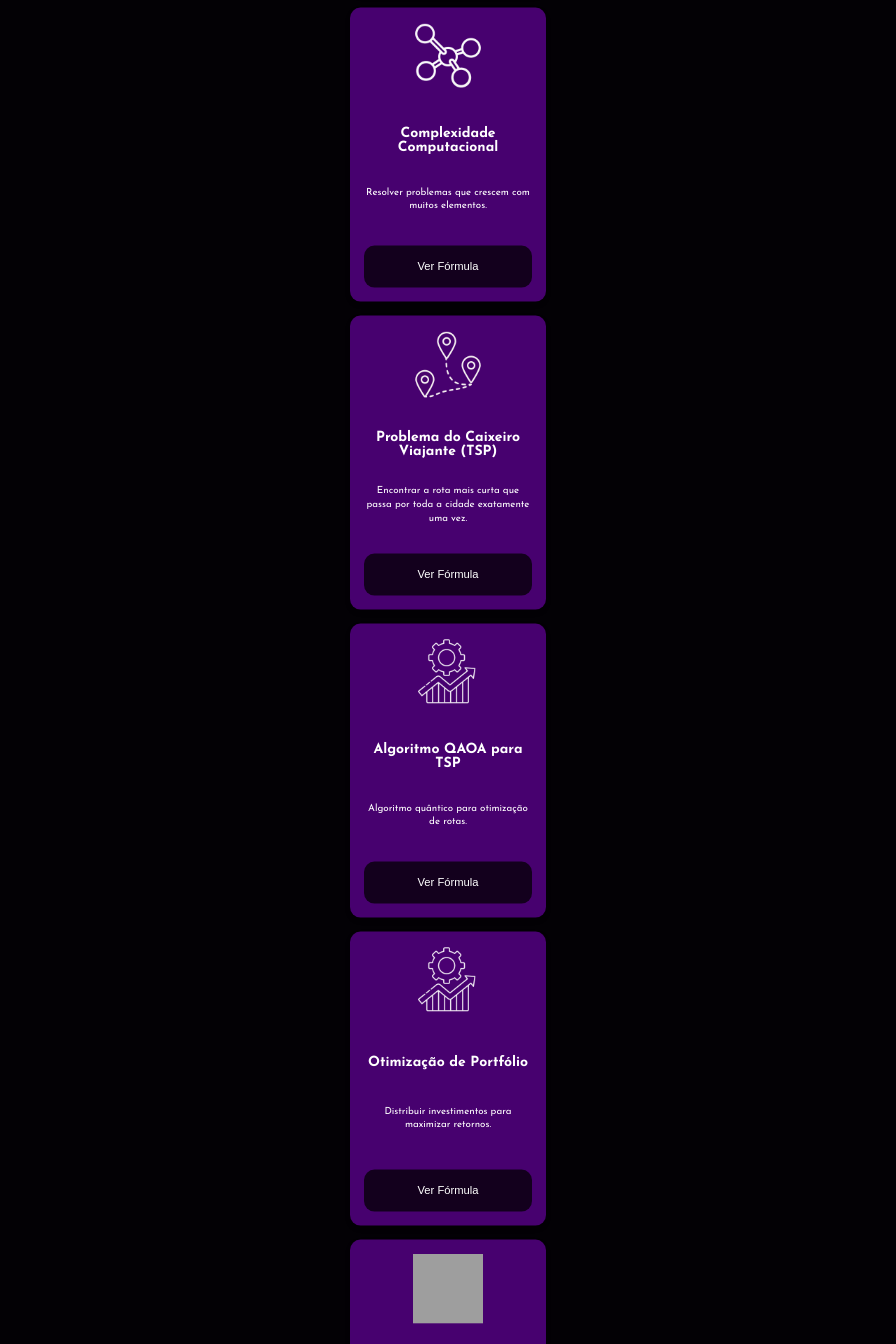
Repository: Everson9/Projeto-de-escalabilidade-quantica-definitivo
Page: fundamentos.html
These files come from the project's save history. The page is drawn as it stood at one moment and after the next save; the edit follows.
The browser window is 1280 px wide. The pictures show the part of the page from y = 1437 to 3357 px (the page is 3648 px tall), at 70% of full size.
Pictures or frames that could not be fetched are drawn as grey boxes.

Above is the page before, as saved 2025-10-01 09:38:13.

### fundamentos.html
<!DOCTYPE html>
<html lang="pt-br">
<head>
    <meta charset="UTF-8">
    <meta name="viewport" content="width=device-width, initial-scale=1.0">
    <title>Carrossel Infinito</title>
    <link rel="stylesheet" href="fundamentos.css">
    <link href="https://fonts.googleapis.com/css2?family=Josefin+Sans:wght@400;700&display=swap" rel="stylesheet">
</head>
<body>

    <div class="fundamentos-matematicos">
        <h1>Fundamentos Matemáticos</h1>
        <p>Fórmulas e conceitos matemáticos por trás da computação quântica e otimização clássica</p>
    </div>

    <!-- Container do Carrossel -->
    <div class="carousel-container">
        <div class="carousel-track">
            <!-- Cards Originais -->
            <div class="formula_1">
                <img src="imgs_icones/CaixeiroViajante.png" alt="Ícone do Problema do Caixeiro Viajante">
                <h4>Problema do Caixeiro Viajante (TSP )</h4>
                <p>Encontrar a rota mais curta que passa por toda a cidade exatamente uma vez.</p>
                <button class="button">Ver Fórmula</button>
            </div>
            <div class="formula_1">
                <img src="imgs_icones/QAOA.png" alt="Ícone do Algoritmo QAOA">
                <h4>Algoritmo QAOA para TSP</h4>
                <p>Algoritmo quântico para otimização de rotas.</p>
                <button class="button">Ver Fórmula</button>
            </div>
            <div class="formula_1">
                <img src="imgs_icones/OtimizacaoPortfolio.png" alt="Ícone de Otimização de Portfólio">
                <h4>Otimização de Portfólio</h4>
                <p>Distribuir investimentos para maximizar retornos.</p>
                <button class="button">Ver Fórmula</button>
            </div>
            <div class="formula_1">
                <img src="imgs_icones/ComplexidadeComputacional.png" alt="Ícone de Complexidade Computacional">
                <h4>Complexidade Computacional</h4>
                <p>Resolver problemas que crescem com muitos elementos.</p>
                <button class="button">Ver Fórmula</button>
            </div>

            <!-- Cards Duplicados para o Efeito Infinito -->
            <div class="formula_1">
                <img src="imgs_icones/CaixeiroViajante.png" alt="Ícone do Problema do Caixeiro Viajante">
                <h4>Problema do Caixeiro Viajante (TSP)</h4>
                <p>Encontrar a rota mais curta que passa por toda a cidade exatamente uma vez.</p>
                <button class="button">Ver Fórmula</button>
            </div>
            <div class="formula_1">
                <img src="imgs_icones/OtimizacaoPortfolio.png" alt="Ícone do Algoritmo QAOA">
                <h4>Algoritmo QAOA para TSP</h4>
                <p>Algoritmo quântico para otimização de rotas.</p>
                <button class="button">Ver Fórmula</button>
            </div>
            <div class="formula_1">
                <img src="imgs_icones/OtimizacaoPortfolio.png" alt="Ícone de Otimização de Portfólio">
                <h4>Otimização de Portfólio</h4>
                <p>Distribuir investimentos para maximizar retornos.</p>
                <button class="button">Ver Fórmula</button>
            </div>
            <div class="formula_1">
                <img src="caminho/para/sua/imagem4.png" alt="Ícone de Complexidade Computacional">
                <h4>Complexidade Computacional</h4>
                <p>Resolver problemas que crescem com muitos elementos.</p>
                <button class="button">Ver Fórmula</button>
            </div>
        </div>
    </div>

</body>
</html>

### fundamentos.css

        body {
            background-color: #030105;
            font-family: 'Josefin Sans', sans-serif;
            color: #fff;
            margin: 0;
            padding: 0;
            display: flex;
            flex-direction: column;
            align-items: center;
            justify-content: flex-start;
            text-decoration: none;
        }

        .fundamentos-matemáticos {
            text-align: center;
            color: white;
            margin-top: 40px;
        }

        h1 {
            font-size: 36px;
            margin-bottom: 10px;
        }

        .formula_1 {
            width: 240px;
            height: 380px;
            background-color: #7703BA96;
            border-radius: 15px;
            padding: 20px;
            display: flex;
            flex-direction: column;
            justify-content: space-between;
            box-shadow: 0 4px 8px rgba(0, 0, 0, 0.2);
            margin: 20px;
        }

        .formula_1 h4 {
            font-size: 20px;
            margin-bottom: 10px;
            text-align: center;
        }

        .formula_1 img {
            width: 100px;
            height: 100px;
            margin: 0 auto;
        }

        .formula_1 p {
            text-align: center;
            font-size: 14px;
            line-height: 1.4;
            margin-top: 10px;
        }

        .button {
            background-color: #030105C2;
            border: none;
            padding: 10px;
            color: white;
            font-size: 16px;
            text-align: center;
            height: 60px;
            margin-top: 10px;
            border-radius: 15px;
            cursor: pointer;
            text-decoration: none;
        }

        .button:hover {
            background-color: #ffffffc2;
            color: white;
        }

        .container {
            display: flex;
            flex-wrap: wrap;
            justify-content: center;
            gap: 20px;
            margin-top: 40px;
        }

After the next save:
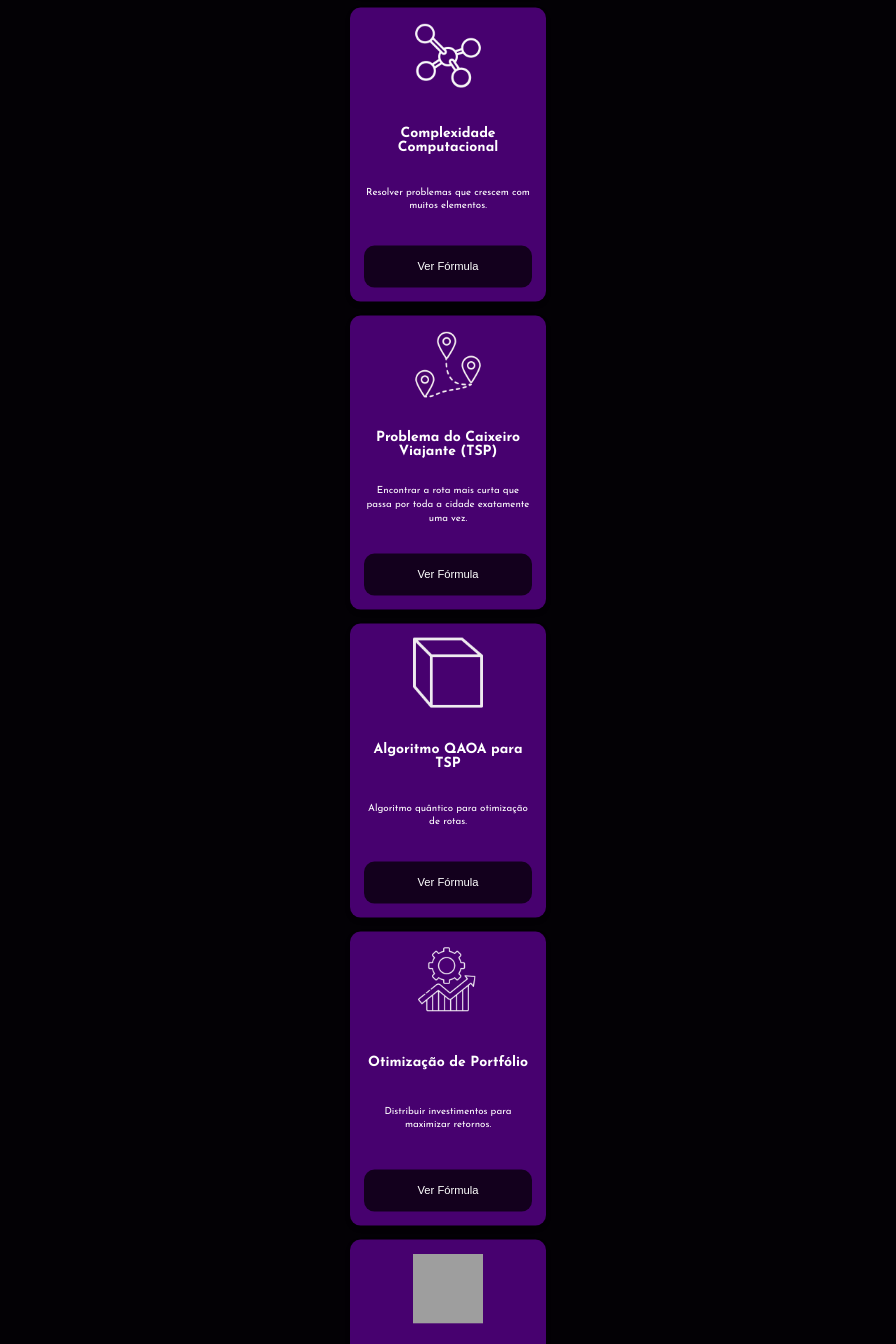
Saved 9 s later.
--- a/fundamentos.html
+++ b/fundamentos.html
@@ -51,7 +51,7 @@
                 <button class="button">Ver Fórmula</button>
             </div>
             <div class="formula_1">
-                <img src="imgs_icones/OtimizacaoPortfolio.png" alt="Ícone do Algoritmo QAOA">
+                <img src="imgs_icones/QAOA.png" alt="Ícone do Algoritmo QAOA">
                 <h4>Algoritmo QAOA para TSP</h4>
                 <p>Algoritmo quântico para otimização de rotas.</p>
                 <button class="button">Ver Fórmula</button>
